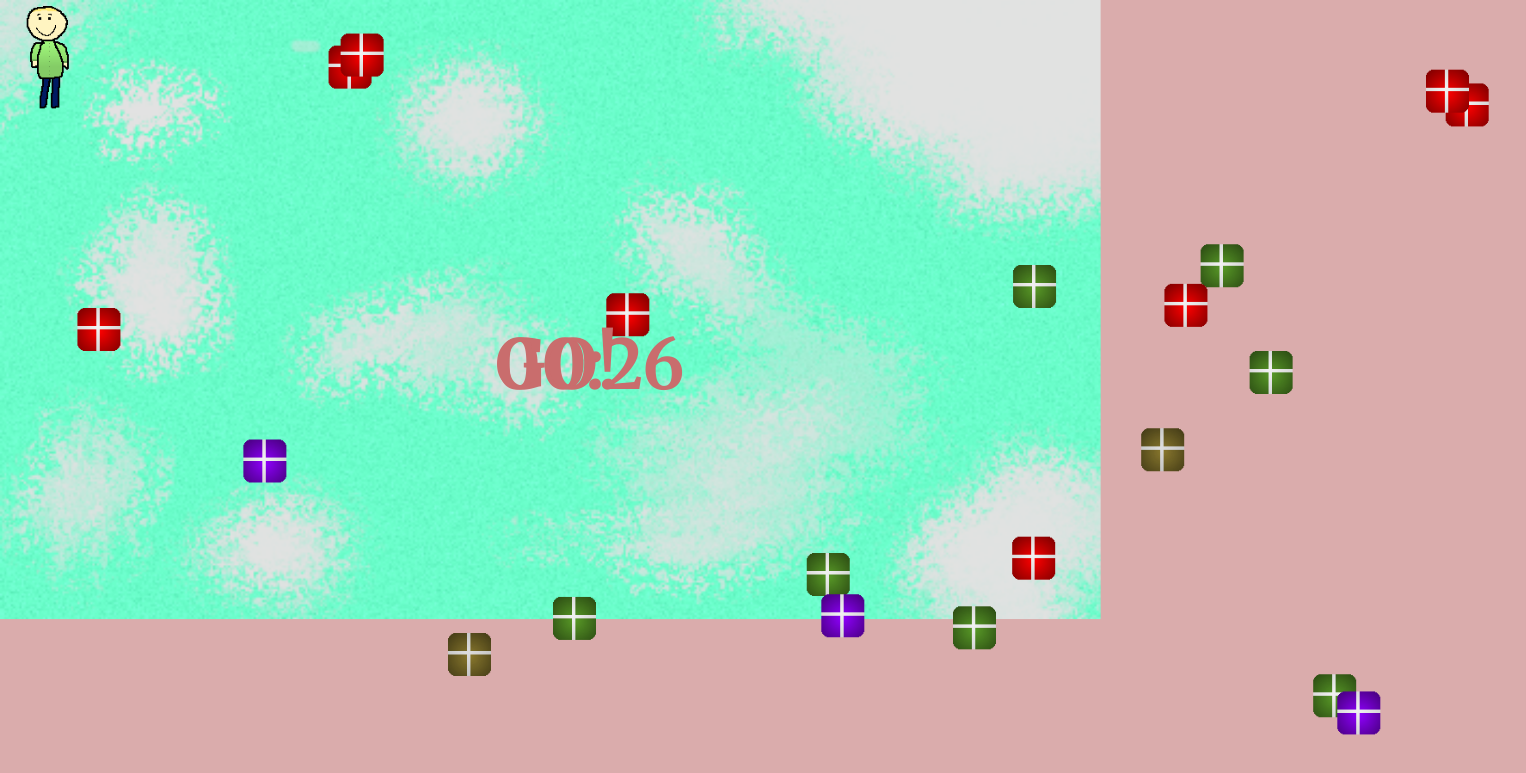
Repository: Evanechecssss/LoveTest
Page: game/level1.html
The author's editor kept a copy of each file at every save. The page is drawn from the files as they stood at one save, then again after the next save.
The browser window is 1280 px wide. The page is 1774 px wide, so the pictures cover 1774 px, including what lies to the right of the window. The pictures show the whole page, at 86% of full size.

Above is the page before, as saved 2021-12-30 15:57:19.

After the next save:
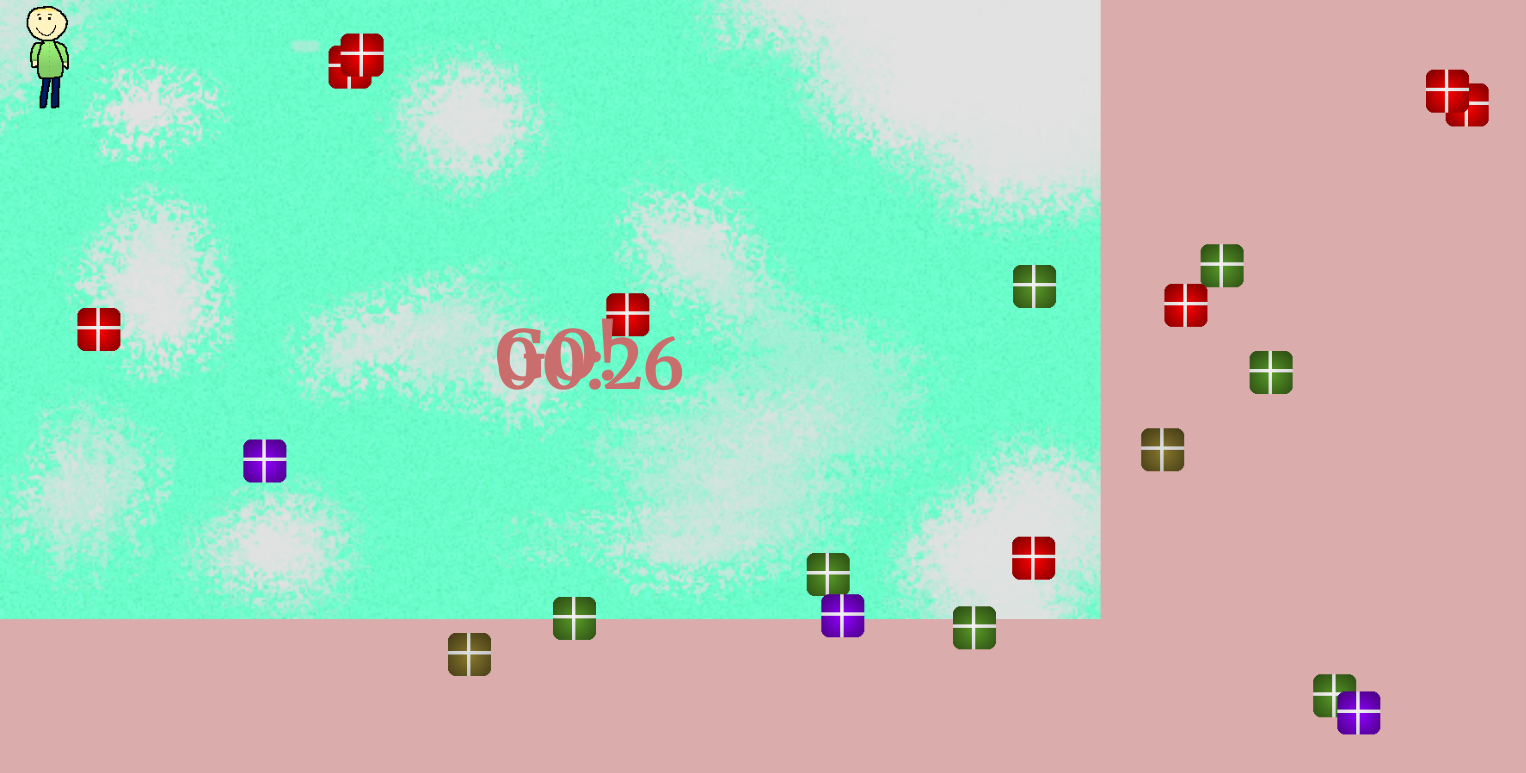
Saved 3 s later.
--- a/game/level1.html
+++ b/game/level1.html
@@ -32,7 +32,7 @@
 <body>
 
     <h1 id="timer" class="timer">GO!</h1>
-    <h1 id="goal" class="timer">GO!</h1>
+    <h1 id="goal" class="goal">GO!</h1>
     <div class="canva" id="hero">
 
     </div>
